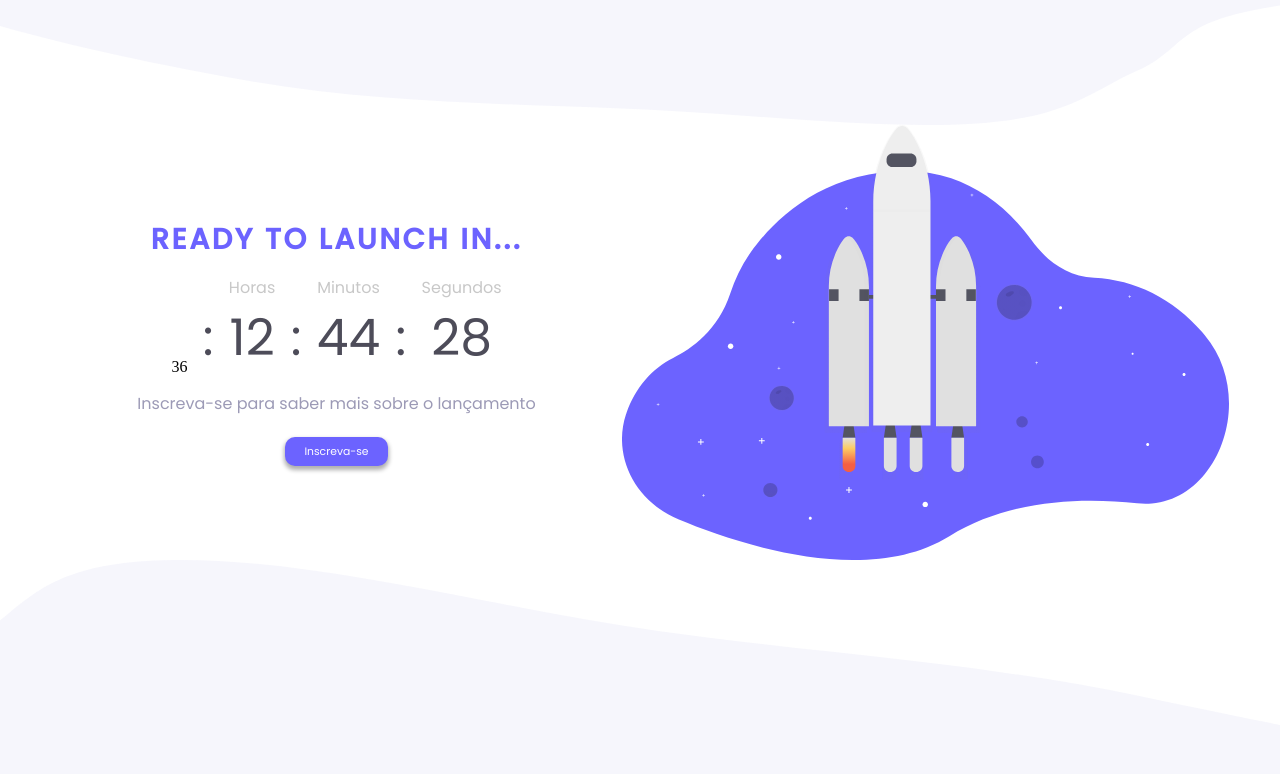
Repository: BrunoBross/countdown
Page: index.html
These files come from the project's save history. The page is drawn as it stood at one moment and after the next save; the edit follows.
The browser window is 1280 px wide. The pictures show the whole page.

Above is the page before, as saved 2021-11-30 01:10:30.

After the next save:
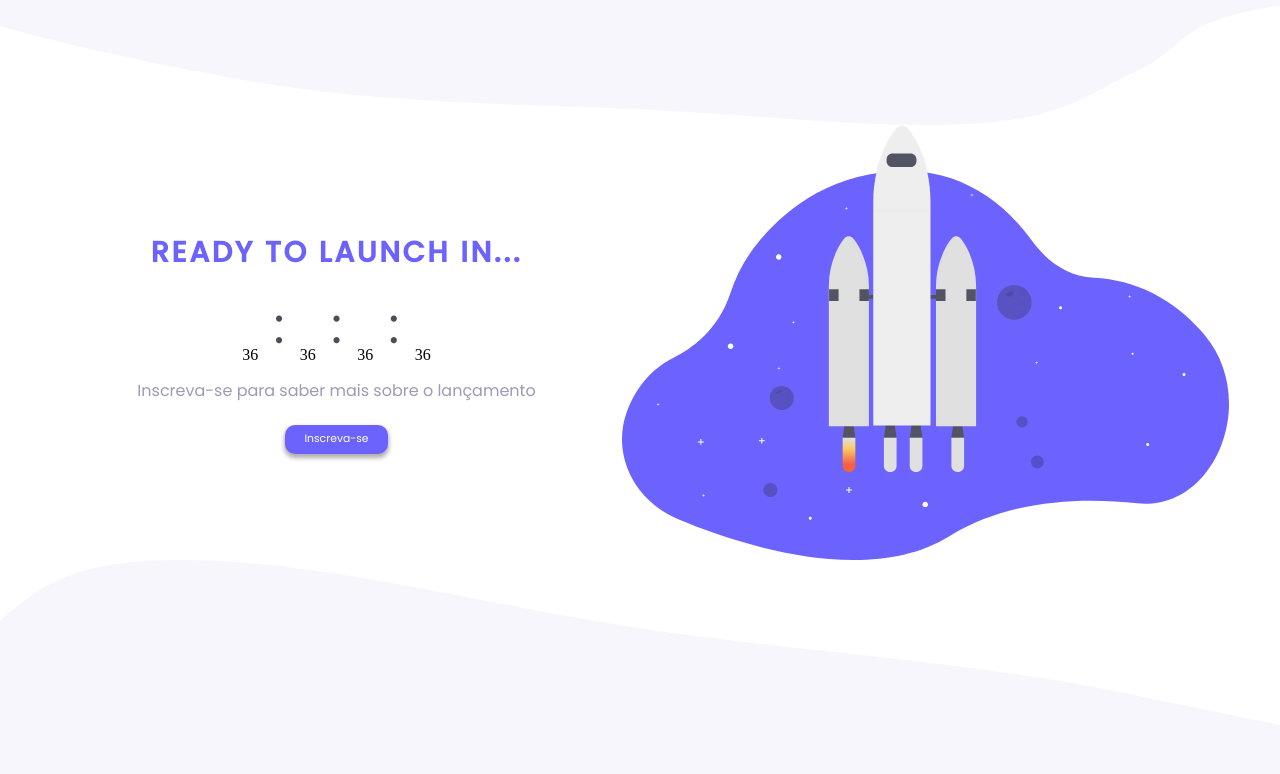
Saved 18 s later.
--- a/script.js
+++ b/script.js
@@ -18,6 +18,9 @@ var x = setInterval(function() {
 
   // Display the result in the element with id="demo"
   document.querySelector("#day").innerHTML = days
+  document.querySelector("#hour").innerHTML = days
+  document.querySelector("#minute").innerHTML = days
+  document.querySelector("#second").innerHTML = days
 
   // If the count down is finished, write some text
   if (distance < 0) {
